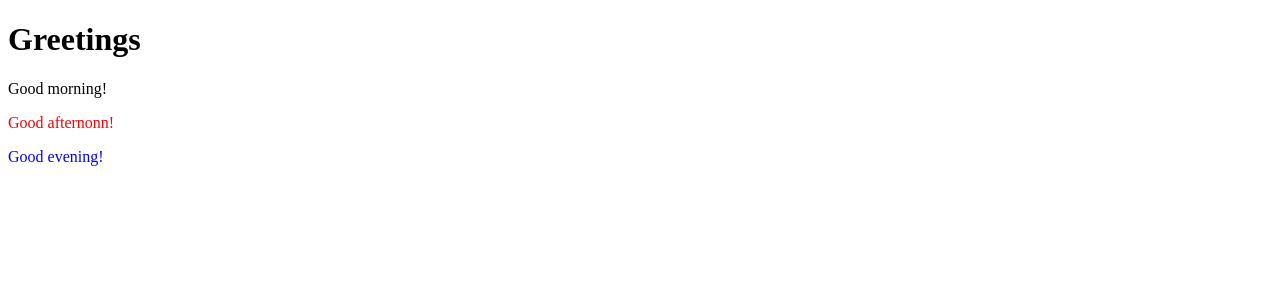
Repository: honokah/microposts
Page: Random/codingtest.html
The author's editor kept a record of every edit. The page is drawn from the files as they stood at one moment, then again after the next edit.
The browser window is 1280 px wide. The pictures show the whole page.

Above is the page before.

### Random/codingtest.html
<!DOCTYPE html>
<html lang="ja">
    <head>
        <meta charset="UTF-8">
        <title>Travel</title>
        <link rel="stylesheet" href="codinghtml.css">
    </head>

    <body>

        <h1>Greetings</h1>


         <div id="greetings">

            <div class=morning>
             <p>Good morning!</p>
             </div>

             <div class=afternoon>
             <p>Good afternonn!</p></div>


             <div class=evening>
             <p>Good evening!</p></div>

         </div>



    </body>

### Random/codinghtml.css
@charset "UTF-8";

#Greetings .morning{
    color: green;
}

#greetings .afternoon{
    color: red;
}

#greetings .evening{
    color: blue;
}

After the next edit:
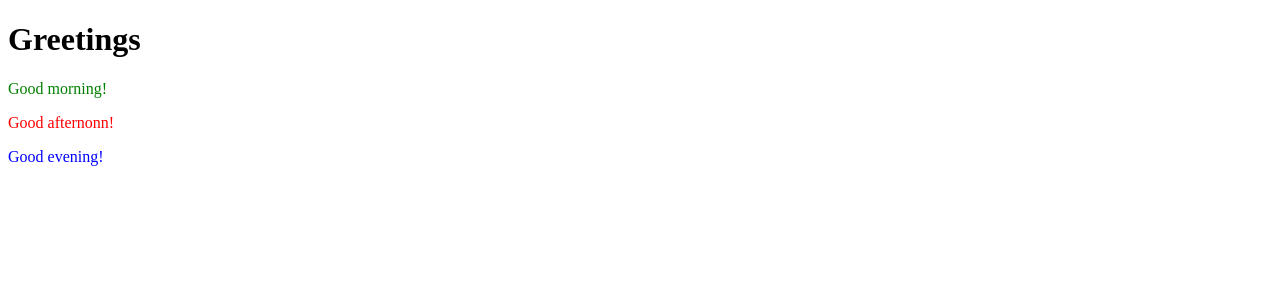
The edit:
--- a/Random/codinghtml.css
+++ b/Random/codinghtml.css
@@ -1,6 +1,6 @@
 @charset "UTF-8";
 
-#Greetings .morning{
+#greetings .morning{
     color: green;
 }
 
